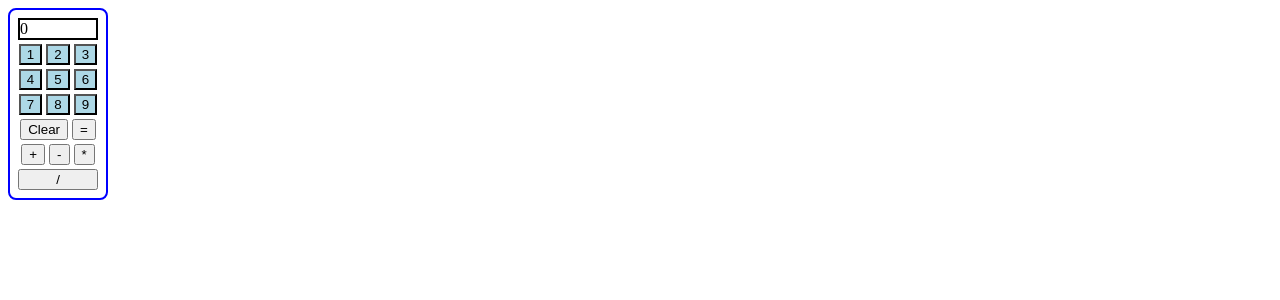
Repository: weazzyefff/Calculator-App
Page: index.html
The author's editor kept a copy of each file at every save. The page is drawn from the files as they stood at one save, then again after the next save.
The browser window is 1280 px wide. The pictures show the whole page.

Above is the page before, as saved 2022-12-18 19:16:29.

### index.html
<!DOCTYPE html>
<html>
<head>
	<meta charset="utf-8">
	<meta name="viewport" content="width=device-width, initial-scale=1">
	<title>Calculator App</title>
    <link rel="stylesheet" href="style.css">
    <script src="script.js" defer></script>
</head>
<body>
    <div class="container">
        <div class="display">0</div>
        <button type ="input" class="numbtn" id="1">1</button>
        <button type ="input" class="numbtn" id="2">2</button>
        <button type ="input" class="numbtn" id="3">3</button>
        <button type ="input" class="numbtn" id="4">4</button>
        <button type ="input" class="numbtn" id="5">5</button>
        <button type ="input" class="numbtn" id="6">6</button>
        <button type ="input" class="numbtn" id="7">7</button>
        <button type ="input" class="numbtn" id="8">8</button>
        <button type ="input" class="numbtn" id="9">9</button>
        <button type ="input" class="otherBtn" id="clear">Clear</button>
        <button type ="input" class="otherBtn" id="=">=</button>
        <button type ="input" class="otherBtn" id="+">+</button>
        <button type = "input" class="otherBtn" id="-">-</button>
        <button type = "input" class="otherBtn" id="*">*</button>
        <button type = "input" class="otherBtn" id="divide">/</button>
    </div>


</body>
</html>

### style.css
.container {
    border-radius: 8px;
    border: 2px solid blue;
    width: 80px;
    display: flex;
    flex-wrap: wrap;
    align-items: center;
    justify-content: center;
    padding: 8px;
    gap: 4px;

}
.display {
    border: 2px solid black;
    width: 200px;
}
.numbtn {
    display: flex;
    background-color: lightblue;
}
.otherBtn {
    display: flex;
}
#divide {
    justify-content: center;
    flex-grow: 2;
}

### script.js
//Global variables
let displayValue = [];
let operator = [];

// Main functions
const add = (...args) => args.reduce((a, b) => a + b);

const subtract = (...args) => args.reduce((a, b) => a - b);

const multiply = (...args) => args.reduce((a, b) => a * b);

const divide = (...args) => args.reduce((a, b) => a / b);

const operate = (operator, displayValue) => {

    switch (operator) {

        case '+':
            return add(displayValue);

        case '-':
            return subtract(displayValue);

        case '*':
            return multiply(displayValue);

        case '/':
            return divide(displayValue);

        default: console.log("Blackhole sun, won't you come");
    }
}


const one = document.getElementById("1");
one.addEventListener("click", (e) => {
    document.querySelector(".display").innerHTML = 1;
    displayValue.push(1);
});
const two = document.getElementById("2");
two.addEventListener("click", (e) => {
    document.querySelector(".display").innerHTML = 2;
    displayValue.push(2);
});
const three = document.getElementById("3");
three.addEventListener("click", (e) => {
    document.querySelector(".display").innerHTML = 3;
    displayValue.push(3);
});
const four = document.getElementById("4");
four.addEventListener("click", (e) => {
    document.querySelector(".display").innerHTML = 4;
    displayValue.push(4);
});
const five = document.getElementById("5");
five.addEventListener("click", (e) => {
    document.querySelector(".display").innerHTML = 5;
    displayValue.push(5);
});
const six = document.getElementById("6");
six.addEventListener("click", (e) => {
    document.querySelector(".display").innerHTML = 6;
    displayValue.push(6);
});
const seven = document.getElementById("7");
seven.addEventListener("click", (e) => {
    document.querySelector(".display").innerHTML = 7;
    displayValue.push(7);
});
const eight = document.getElementById("8");
eight.addEventListener("click", (e) => {
    document.querySelector(".display").innerHTML = 8;
    displayValue.push(8);
});
const nine = document.getElementById("9");
nine.addEventListener("click", (e) => {
    document.querySelector(".display").innerHTML = 9;
    displayValue.push(9);
});
const clear = document.getElementById("clear");
clear.addEventListener("click", (e) => {
    document.querySelector(".display").innerHTML = 0;
    return displayValue = [];
});
const addSign = document.getElementById("+");
addSign.addEventListener("click", (e) => {
    operator.push('+');

});
const subtractSign = document.getElementById("-");
subtractSign.addEventListener("click", (e) => {
    operator.push('-');
});
const multiplySign = document.getElementById("*");
multiplySign.addEventListener("click", (e) => {
    operator.push('*');
});
const divideSign = document.getElementById("divide");
divideSign.addEventListener("click", (e) => {
    operator.push('/');
});
const equals = document.getElementById("=");
equals.addEventListener("click", (e) => {
  return document.querySelector(".display").innerHTML = operate(operator, displayValue);
});


//console.log(operate('+',10, 5)); <<working

After the next save:
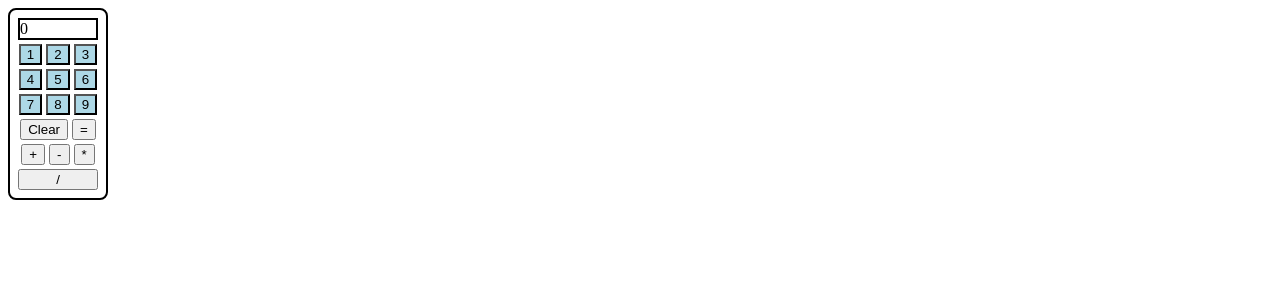
Saved 18 s later.
--- a/style.css
+++ b/style.css
@@ -1,6 +1,6 @@
 .container {
     border-radius: 8px;
-    border: 2px solid blue;
+    border: 2px solid black;
     width: 80px;
     display: flex;
     flex-wrap: wrap;
